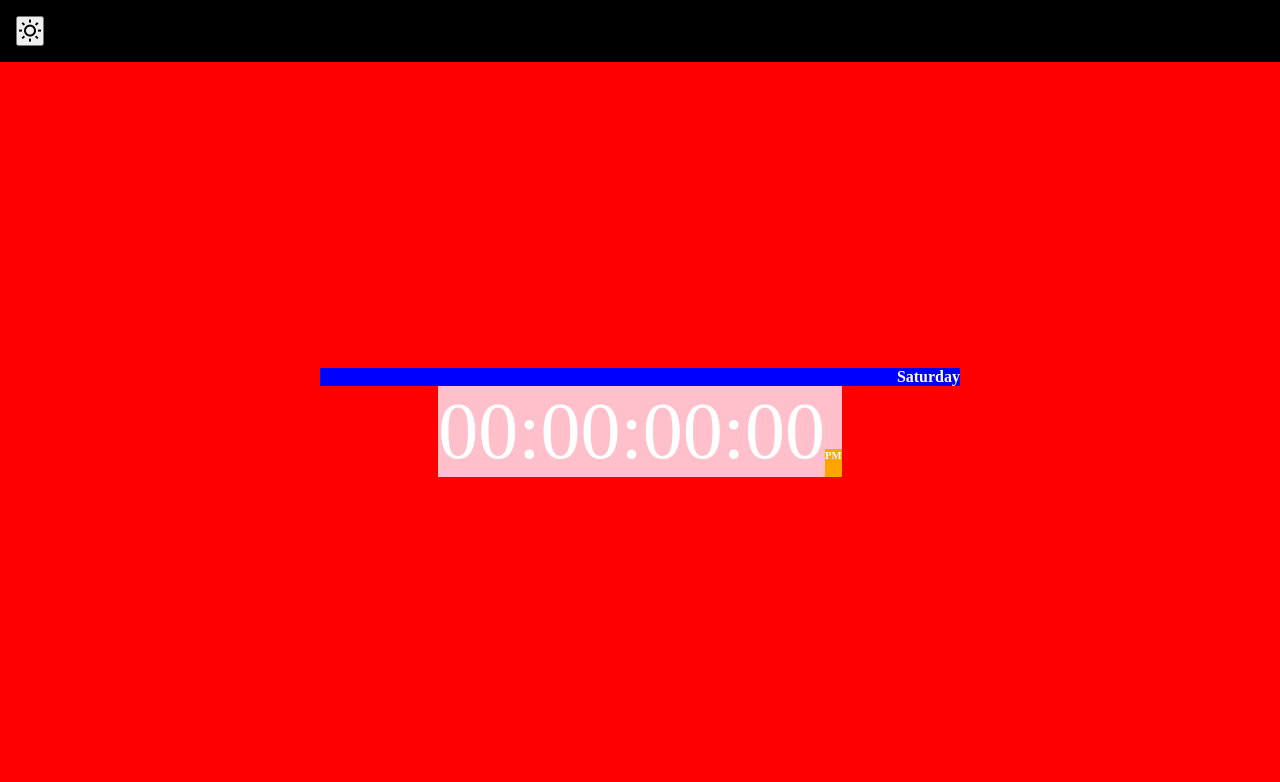
Repository: EguJaredoBoyd/Jared-Digital-Clock
Page: index.html
These files come from the project's save history. The page is drawn as it stood at one moment and after the next save; the edit follows.
The browser window is 1280 px wide. The pictures show the whole page.
Some web libraries are served in a nearby version.

Above is the page before, as saved 2026-01-03 23:35:07.

After the next save:
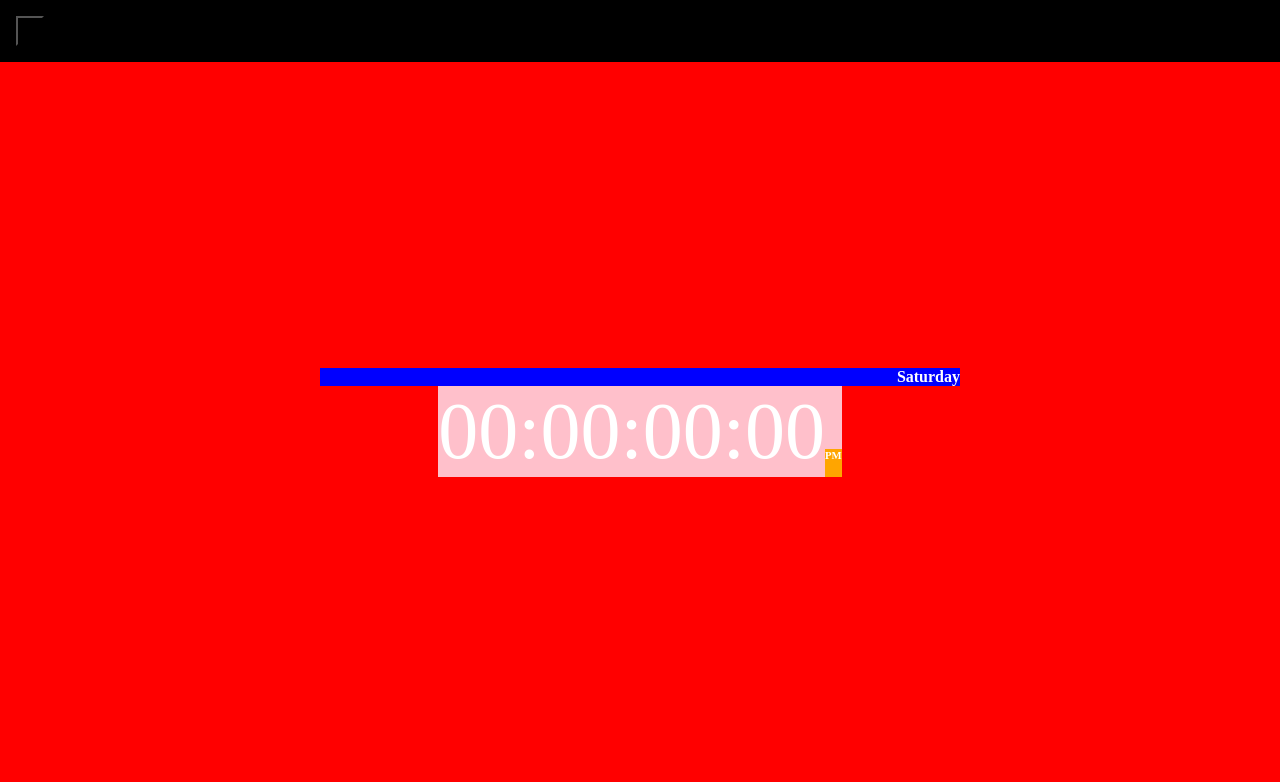
Saved 33 s later.
--- a/css/styles.css
+++ b/css/styles.css
@@ -14,6 +14,10 @@ body {
 
 header {
   padding: 1rem;
+}
+
+header button {
+  background: none;
 }
 
 header button i {
